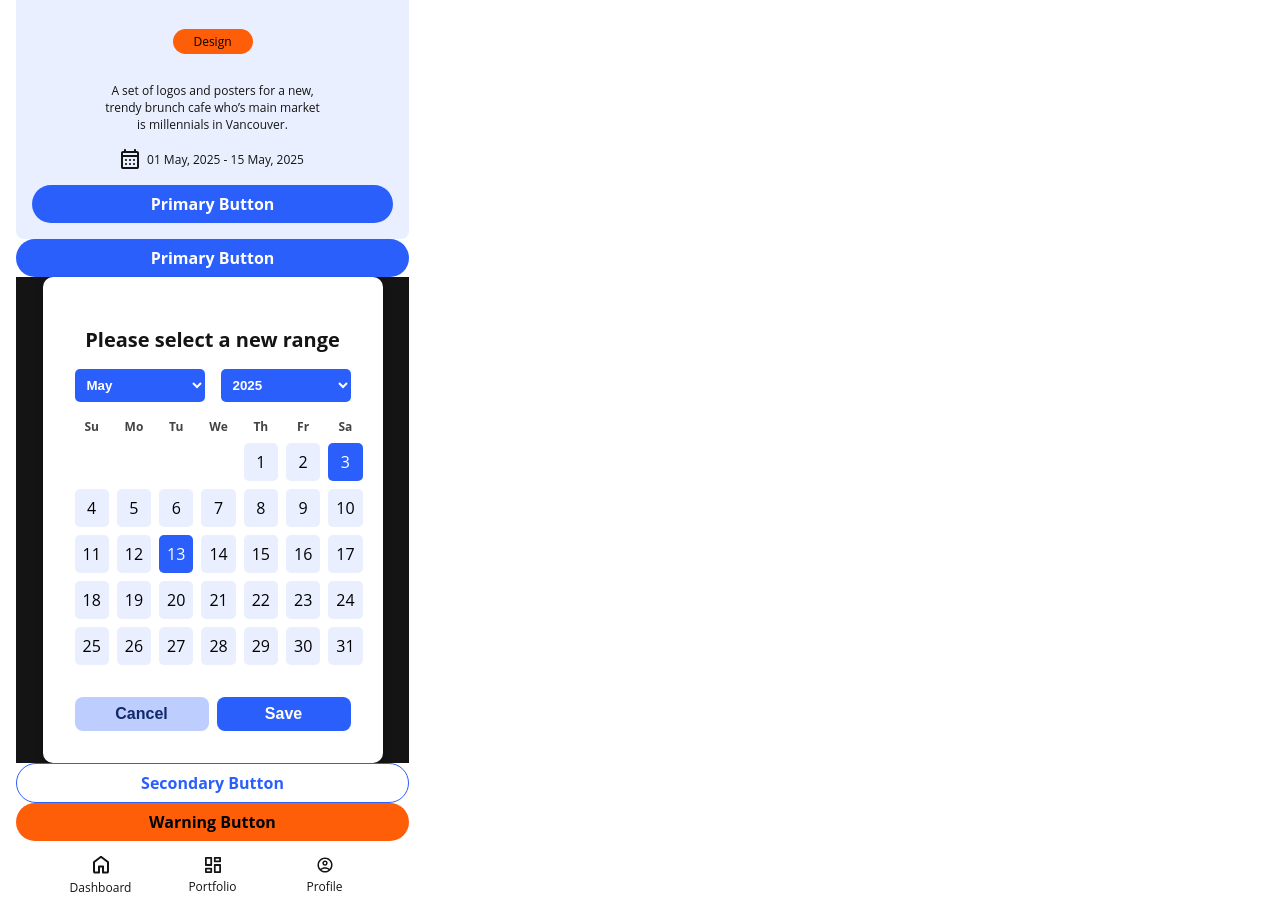
Repository: brunaguarizo/mosaic_app
Page: /
These files come from the project's save history. The page is drawn as it stood at one moment and after the next save; the edit follows.
The browser window is 1280 px wide. The pictures show the whole page.
The project was rebuilt for these pictures with package versions that can differ from the ones it lists, and the page was loaded fresh each time. The framework's server and built-in components were replaced by stand-ins that run in the browser. Also part of the build but not shown: next.config.mjs.

Above is the page before, as saved 2025-04-18 10:50:25.

After the next save:
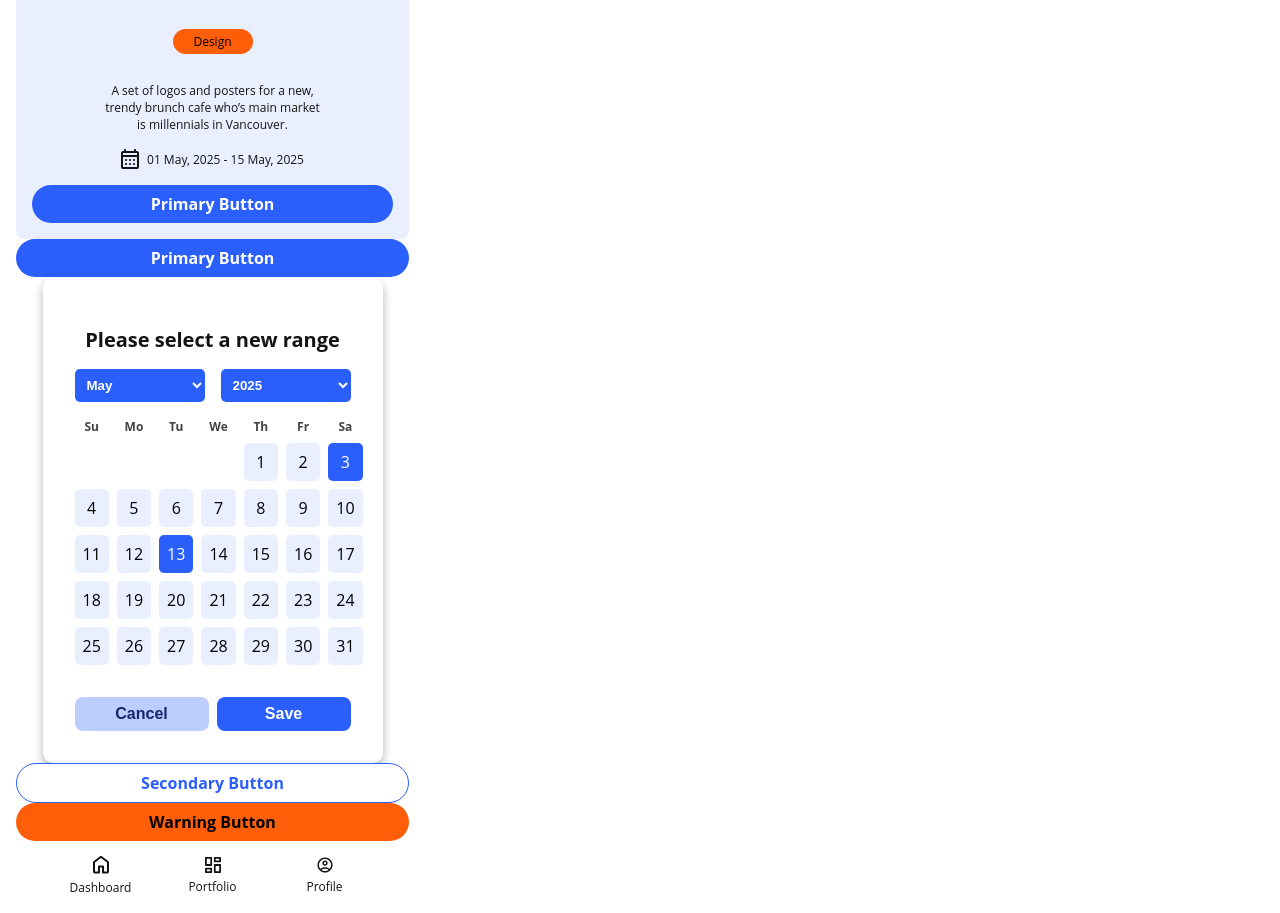
Saved 8 s later.
--- a/app/_ui/Date_PopUp/Date_PopUp.module.css
+++ b/app/_ui/Date_PopUp/Date_PopUp.module.css
@@ -1,5 +1,4 @@
 .popupContainer {
-    background-color: var(--black);
     display: flex;
     justify-content: center;
     align-items: center;
